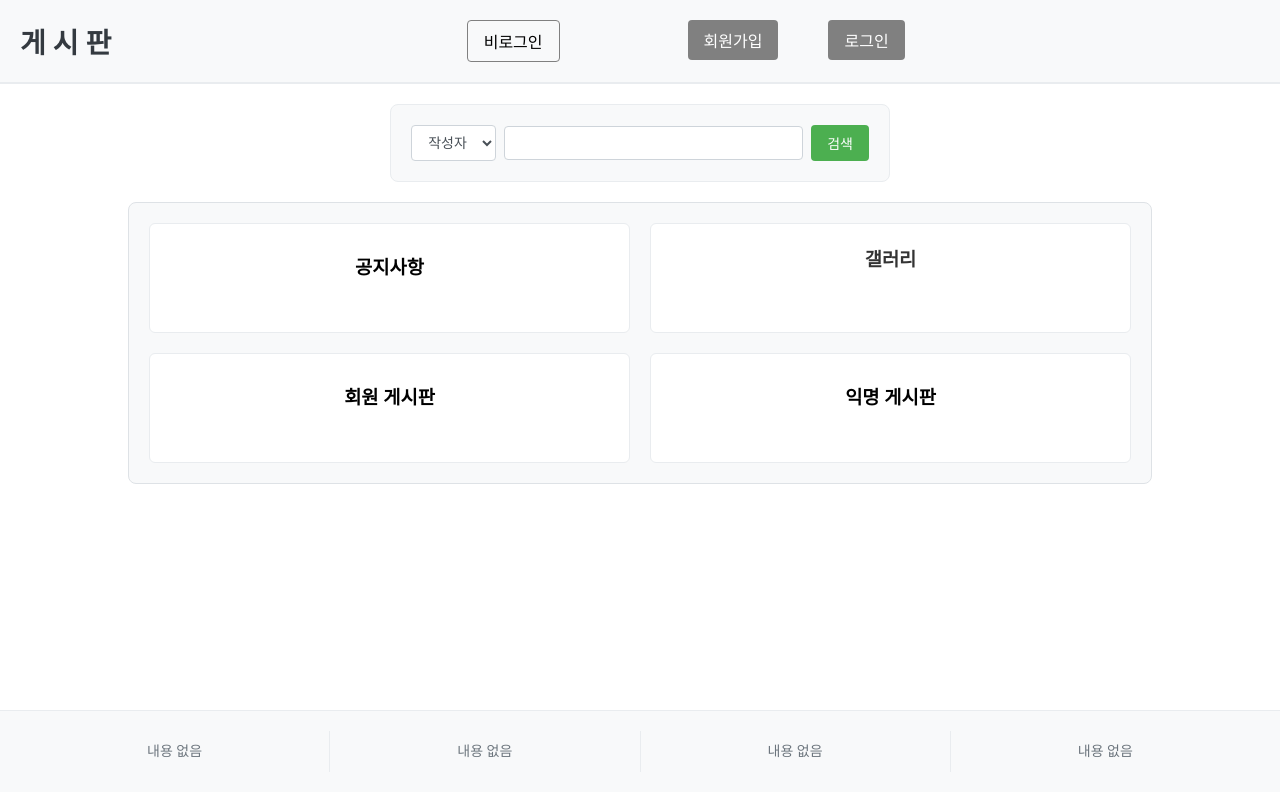
Repository: 1plus1equals3-true/Board-Project
Page: http://localhost/jsp/board_proc/main_proc.jsp
The author's editor kept a copy of each file at every save. The page is drawn from the files as they stood at one save, then again after the next save.
The browser window is 1280 px wide. The pictures show the whole page.
The page is served by Tomcat 9. Queries for data that is not in the repository find no rows.

Above is the page before, as saved 2025-09-24 00:54:47.

After the next save:
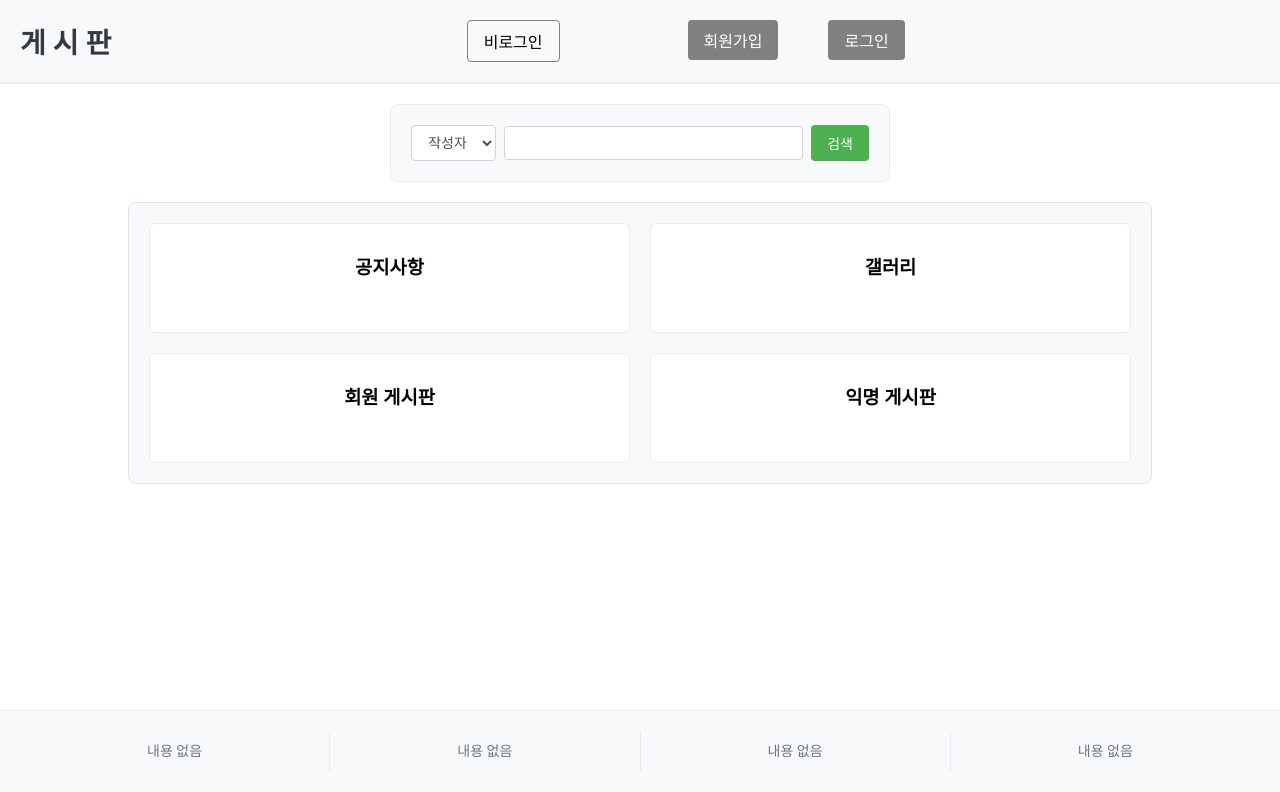
Saved 98 s later.
--- a/jsp/src/main/webapp/board/main.jsp
+++ b/jsp/src/main/webapp/board/main.jsp
@@ -156,7 +156,7 @@
 	</div>
 
 	<div>
-		<h3>갤러리</h3>
+		<h3><a href="../board/list_gallery.jsp" style="border-bottom: none; text-align: center; color: black;">갤러리</a></h3>
 		<div class="gallery-content">
 		<c:forEach var="row" items="${gallerylist}">
 			<a href="<c:url value="../board/view.jsp"><c:param name="idx" value="${row.idx}" /></c:url>">
